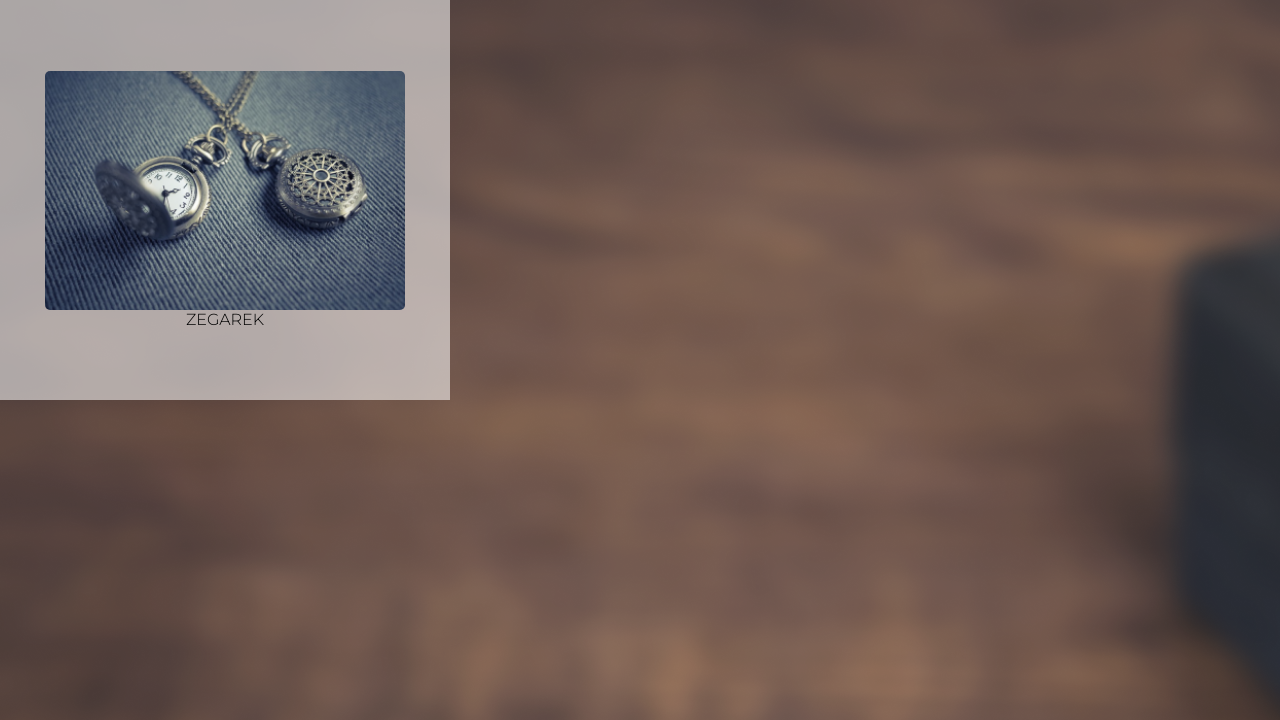
Repository: Rickardo198/prezent
Page: index.html
An editor plug-in stored every save of this project. The page is shown before and after the next save, followed by the edit.
The browser window is 1280 px wide. The pictures show the whole page.

Above is the page before, as saved 2020-10-25 21:18:52.

### index.html
<!DOCTYPE HTML>
<html>
<head>
    <title>Wszystkiego najlepszego!</title>
    <meta charset="utf-8">
    <style>
        @import url('https://fonts.googleapis.com/css2?family=Montserrat:wght@300&display=swap');
        *{
            margin: 0;
            padding: 0;
        }
        body{
            width: calc(100vw - 20px);
            height: 100vh;
            background: url("bg.png");
            box-sizing: border-box;
            font-family: 'Montserrat', sans-serif;
        }
        .wrapper{
            width: 450px;
            height: 400px;
            position: relative;
            display: flex;
            flex-direction: column;
            align-items: center;
            justify-content: center;
            border-radius: 5px;
        }
        .bgWrapper{
            width: 100%;
            height: 100%;
            position: absolute;
            top:0;
            left: 0;
            background: rgba(255, 255, 255, .55);
            filter: blur(30);
            z-index: -1;
        }
        .wrapperImg{
            width: 80%;
            border-radius: 5px;
        }
    </style>
</head>
<body>
    <div class="wrapper">
        <div class="bgWrapper"></div>
        <img src="img.png" alt="obrazki" class="wrapperImg">
        <p class="wrapperTitle">ZEGAREK</p>
    </div>
</body>
</html>

After the next save:
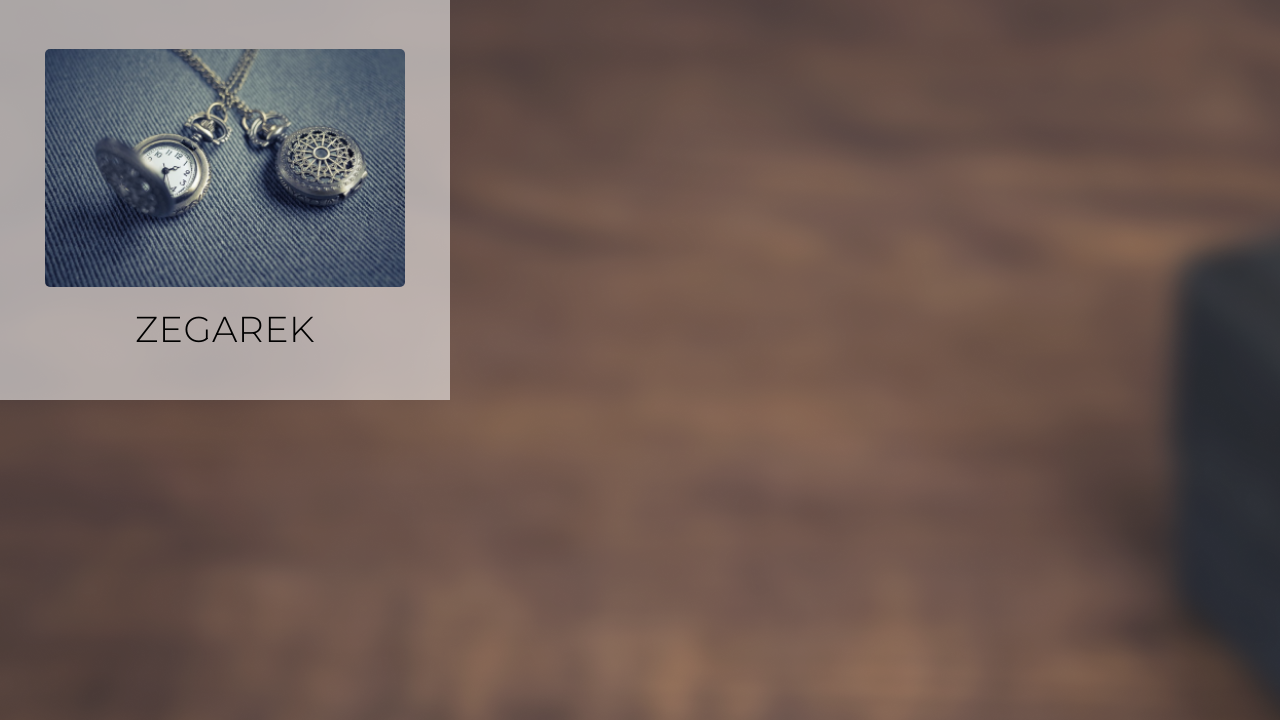
Saved 57 s later.
--- a/index.html
+++ b/index.html
@@ -40,6 +40,11 @@
             width: 80%;
             border-radius: 5px;
         }
+        .wrapperTitle{
+            margin-top: 20px;
+            font-size: 36px;
+            letter-spacing: .6px;
+        }
     </style>
 </head>
 <body>
